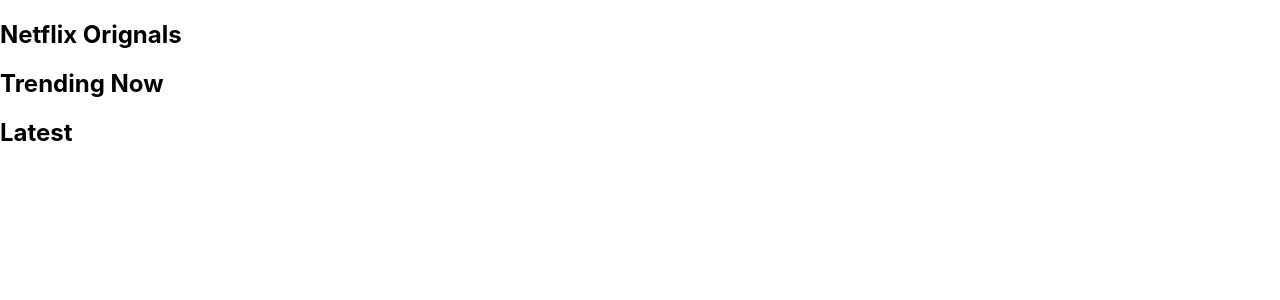
Repository: shehriyarnadeem/netflix-clone
Page: /
An editor plug-in stored every save of this project. The page is shown before and after the next save, followed by the edit.
The browser window is 1280 px wide. The pictures show the whole page.
The page's requests for data from a server got no answer. The project was rebuilt for these pictures with package versions that can differ from the ones it lists, and the page was loaded fresh each time. No one was signed in, and anything a server would have sent is missing.

Above is the page before, as saved 2020-08-01 12:18:59.

### src/App.js
import React from "react";
import Row from "./components/Row";
import requests from "./Requests";
function App() {
  return (
    <div className="App">
      <Row title="Netflix Orignals" fetchUrl={requests.fetchTrending} />
      <Row title="Trending Now" fetchUrl={requests.fetchTrending} />
      <Row title="Latest" fetchUrl={requests.fetchTrending} />
    </div>
  );
}

export default App;

### src/components/Row.js
import React, { useState, useEffect } from "react";
import axios from "../axios";
import "./Row.css";
const base_url = "https://image.tmdb.org/t/p/original";
const Row = ({ title, fetchUrl }) => {
  const [movies, setMovies] = useState([]);

  useEffect(() => {
    async function fetchData() {
      const request = await axios.get(fetchUrl);
      setMovies(request.data.results);
      return request;
    }
    fetchData();
  }, [fetchUrl]);

  return (
    <div className="row">
      <h2>{title} </h2>
      <div className="row__posters">
        {movies.map((movie) => {
          return (
            <img
              className="row__poster"
              src={`${base_url}${movie.poster_path}`}
              alt={movie.name}
            />
          );
        })}
      </div>
    </div>
  );
};

export default Row;

### src/Requests.js
const APIKEY = "e88ea907647291ec3b149500015d876a";
const requests = {
  fetchTrending: `/trending/all/week?api_key=${APIKEY}&language=en-US`,
};

export default requests;

### src/axios.js
import axios from "axios";

const instance = axios.create({
  baseURL: "https://api.themoviedb.org/3",
});

instance.get("/foo-bar");

export default instance;

### src/components/Row.css
.row__poster {
  object-fit: contain;
  width: 100%;
  max-height: 100px;
}

Loaded but not shown: public/index.html (common file); src/index.js (common file); src/index.css (common file)

After the next save:
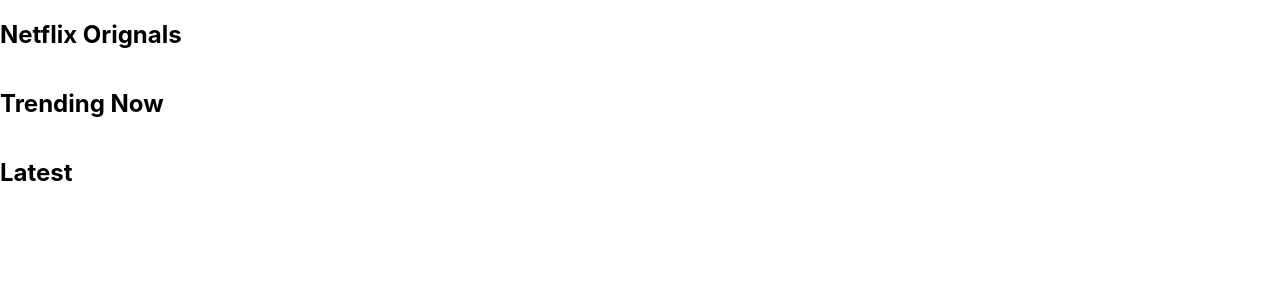
Saved 19 s later.
--- a/src/components/Row.css
+++ b/src/components/Row.css
@@ -1,3 +1,7 @@
+.row__posters {
+  display: flex;
+}
+
 .row__poster {
   object-fit: contain;
   width: 100%;
